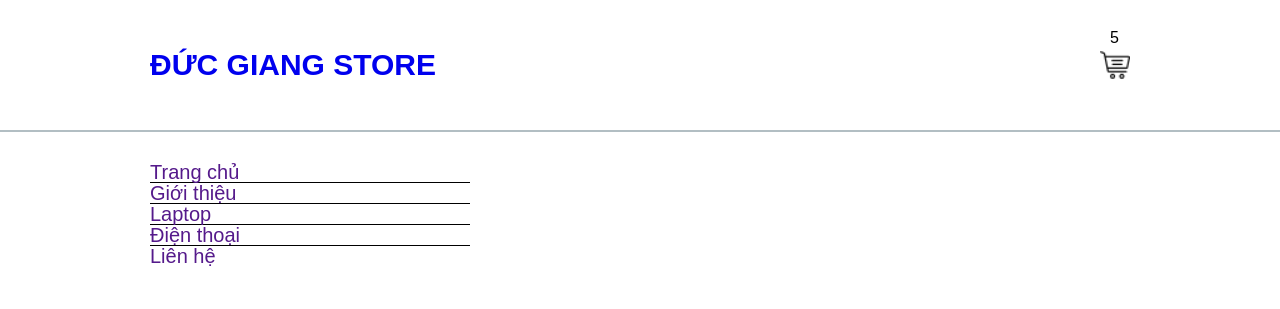
Repository: Giangattt123/PHP
Page: http://localhost/?page=home
The author's editor kept a copy of each file at every save. The page is drawn from the files as they stood at one save, then again after the next save.
The browser window is 1280 px wide. The pictures show the whole page.
Some web libraries are served in a nearby version. The page is run by PHP 8.4 with error messages shown; the project is at /var/www/html/.

Above is the page before, as saved 2023-03-17 22:31:43.

### PHP_Shopping-Cart/Shopping_Cart/index.php
<?php
    require 'inc/header.php';
?>

### PHP_Shopping-Cart/Shopping_Cart/inc/header.php
<!DOCTYPE html>
<html lang="en">

<head>
    <meta charset="UTF-8">
    <meta http-equiv="X-UA-Compatible" content="IE=edge">
    <meta name="viewport" content="width=device-width, initial-scale=1.0">
    <title>ĐỨC GIANG STORE</title>
    <link rel="stylesheet" href="public/css/reset.css">
    <link rel="stylesheet" href="public/css/style.css">
    <link rel="stylesheet" href="https://cdnjs.cloudflare.com/ajax/libs/font-awesome/6.3.0/css/all.min.css"
        integrity="sha512-SzlrxWUlpfuzQ+pcUCosxcglQRNAq/DZjVsC0lE40xsADsfeQoEypE+enwcOiGjk/bSuGGKHEyjSoQ1zVisanQ=="
        crossorigin="anonymous" referrerpolicy="no-referrer" />
    <script src="public/js/main.js"></script>
</head>

<body>
    <div class="wrapper">
        <div class="wrapper-content">
            <div class="header">
                <div class="header-content">
                    <div class="item-left">
                        <a href="?page=home">ĐỨC GIANG STORE</a>
                    </div>
                    <div class="item-right">
                        <div class="cart">
                            <a href="" class="cart-icon">
                                <img src="public/images/icon-cart.png" alt="Icon_Cart" class="icon-image">
                            </a>
                            <span class="cart-number">5</span>
                        </div>
                    </div>
                </div>
            </div>
            <!-- end header -->
            <div class="content">
                <div class="content-container">
                    <div class="menu-select">
                        <ul class="menu">
                            <li class="menu-item">
                                <a href="" class="">Trang chủ</a>
                            </li>
                            <li class="menu-item">
                                <a href="" class="">Giới thiệu</a>
                            </li>
                            <li class="menu-item">
                                <a href="" class="">Laptop</a>
                            </li>
                            <li class="menu-item">
                                <a href="" class="">Điện thoại</a>
                            </li>
                            <li class="menu-item">
                                <a href="" class="">Liên hệ</a>
                            </li>
                        </ul>
                    </div>
                    <div class="menu-content">

                    </div>
                </div>
            </div>
            <!-- end content -->
            <div class="footer">

            </div>
            <!-- end footer -->
        </div>
    </div>


</body>

</html>

### PHP_Shopping-Cart/Shopping_Cart/public/css/style.css
* {
  box-sizing: border-box;
}
html {
  font-size: 62.5%;
}
body {
  font-family: "Poppins", sans-serif;
  font-size: 1.6rem;
  font-weight: normal;
}
img {
  display: block;
  max-width: 100%;
}
.header-content {
  display: flex;
  justify-content: space-between;
  margin-left: 150px;
  margin-right: 150px;
  padding: 50px 0px;
  /* border-bottom: 1px solid #f00; */
}
.item-left {
  font-size: 3rem;
  color: #0984e3;
  font-weight: bold;
}
.cart {
  position: relative;
  display: flex;
  align-items: center;
}
.cart .cart-icon .icon-image {
  width: 30px;
  height: 30px;
}
.cart .cart-number {
  position: absolute;
  top: -20px;
  left: 10px;
}
.header {
  border-bottom: 2px solid #b2bec3;
}
.content-container {
  display: flex;
}
.menu-select {
  width: 25%;
  margin-left: 150px;
  font-size: 2rem;
  margin-top: 30px;
}
.menu-select ul.menu li:not(:last-child) {
  border-bottom: 1px solid;
}

Loaded but not shown: PHP_Shopping-Cart/Shopping_Cart/public/css/reset.css (common file); PHP_Shopping-Cart/Shopping_Cart/public/js/main.js (no stored copy; drawn as an empty file)

After the next save:
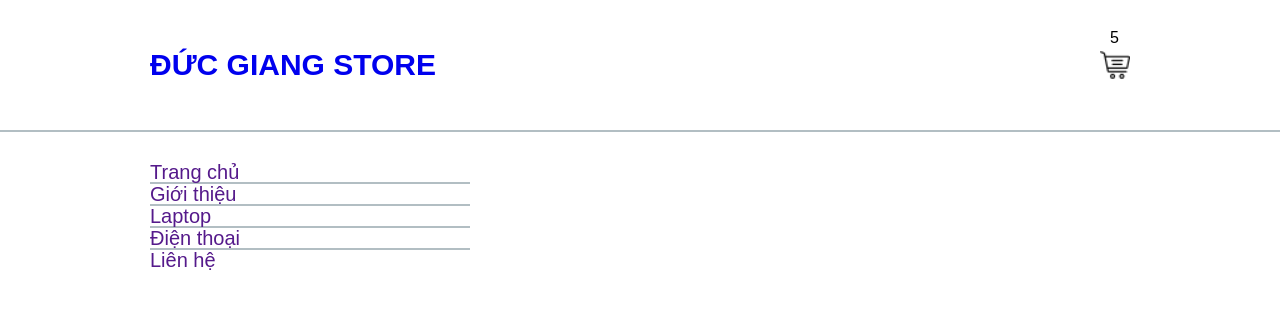
Saved 16 s later.
--- a/PHP_Shopping-Cart/Shopping_Cart/public/css/style.css
+++ b/PHP_Shopping-Cart/Shopping_Cart/public/css/style.css
@@ -53,5 +53,5 @@ img {
   margin-top: 30px;
 }
 .menu-select ul.menu li:not(:last-child) {
-  border-bottom: 1px solid;
+  border-bottom: 2px solid #b2bec3;
 }
